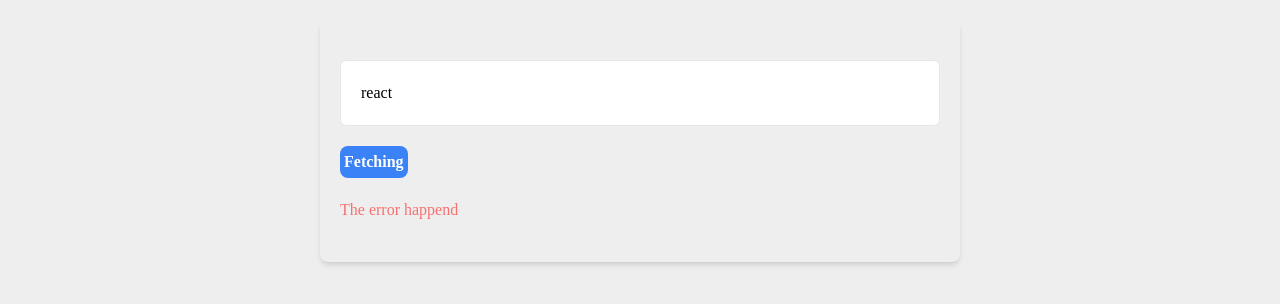
Repository: 16-Doffy/Fe-Khhoahoc
Page: /
The author's editor kept a copy of each file at every save. The page is drawn from the files as they stood at one save, then again after the next save.
The browser window is 1280 px wide. The pictures show the whole page.
The page's requests for data from a server got no answer. The project was rebuilt for these pictures with package versions that can differ from the ones it lists, and the page was loaded fresh each time. No one was signed in, and anything a server would have sent is missing. Also part of the build but not shown: src/App.css.

Above is the page before, as saved 2025-01-14 16:08:12.

### src/index.js
import React from 'react';
import ReactDOM from 'react-dom/client';
import './index.css';
import App from './App';
import reportWebVitals from './reportWebVitals';
import "./index.scss"
const root = ReactDOM.createRoot(document.getElementById('root'));
root.render(
  <React.StrictMode>
    <App />
  </React.StrictMode>
);

// If you want to start measuring performance in your app, pass a function
// to log results (for example: reportWebVitals(console.log))
// or send to an analytics endpoint. Learn more: https://bit.ly/CRA-vitals
reportWebVitals();

### src/App.js

import "./App.css";
import HackerNews from "./components/news/HackerNews";



const App = () => {
  return (

    <HackerNews></HackerNews>
  );
};

export default App;













//<CardList><Card2/>
// const theme = {
//   //wanna change color in the future come here to change
//   colors: {
//     blue: "#2979ff",
//   },
//   orange: "#ffa440",
// };
// {/* <ThemeProvider theme={theme}>
// <CardList>
// <Card2 secondary={true}></Card2>
// <Card2 secondary={false}></Card2>
// <Card2 secondary={true}></Card2>
// <Card2 secondary={false}></Card2>
// <Card2 secondary={true}></Card2>
//  </CardList>
// </ThemeProvider> */}

### src/index.scss
@tailwind base;
@tailwind components;
@tailwind utilities;

@layer base {
    @import url("https://fonts.googleapis.com/css2?family=Poppins:ital,wght@0,100;0,200;0,300;0,400;0,500;0,600;0,700;0,800;0,900;1,100;1,200;1,300;1,400;1,500;1,600;1,700;1,800;1,900&display=swap");
    body{
        font-family: "Poppins", serif;
    }
}

### src/components/news/HackerNews.js
import axios from "axios";
import React, { useState, useEffect, useRef } from "react";
// import lodash from "lodash";
// http://hn.algolia.com/api/v1/search?query=react
const HackerNews = () => {
  const [hits, setHits] = useState([]);
  const [query, setQuery] = useState("react");
  const [loading, setLoading] = useState(true);
  const [error, setError] = useState("");
  const handleFetchResponse = useRef({});
  const [url, setUrl] = useState(
    `http://hn.algolia.com/api/v1/search?query=${query}`
  );
  handleFetchResponse.curent = async () => {
    setLoading(true);
    try {
      const response = await axios.get(url);
      setHits(response.data?.hits || []);
      setLoading(false);
    } catch {
      // console.log(response);
      setLoading(false);
      setError(`The error happend ${error}`);
    }
  };
  // const handleUpdateQuery = lodash.debounce((e) => {
  //   setQuery(e.target.value);
  // }, 100);
  useEffect(() => {
    handleFetchResponse.curent();
  }, [url]);
  return (
    <div className=" mx-auto mb-5 mt-5 p-5 rounded-lg shadow-md w-2/4">
      <div lassName="flex mb-5 mt-5 gap-x-5">
        <input
          type="text"
          className="
          border border-blue-1000
          text-black p-5  mt-5 block w-full
           rounded-md focus:border-blue-400"
          placeholder="Enter your keyword..."
          defaultValue={query} //lúc này quert has data when url change, components will render
          onChange={(e) => setQuery(e.target.value)}
        />
        <button
          onClick={() =>
            setUrl(`http://hn.algolia.com/api/v1/search?query=${query}`)
          }
          className="bg-blue-500 text-white font-semibold mt-5 p-1 flex-shrink-0 rounded-lg"
        >
          Fetching
        </button>
      </div>
      {loading && (
        <div
          className=" loading w-8 h-8  rounded-full  border-blue-300 border-4
    border-r-4 border-r-transparent animate-spin mx-auto"
        ></div>
      )}
      {!loading && error && <p className="text-red-400 my-5">{error}</p>}
      <div className="flex flex-wrap gap-5">
        {!loading &&
          hits.length > 0 &&
          hits.map((item, index) => {
            if (!item.title || item.title.length <= 0) return null;
            return (
            <h3
              className=" p-3 bg-gray-300 rounded-sm"
              key={item.title}
            >
              {item.title}
            </h3>
          )})}
      </div>
    </div>
  );
};

export default HackerNews;

### tailwind.config.js
/** @type {import('tailwindcss').Config} */
module.exports = {
  mode: "jit",
  content: ["./src/**/*.{html,js}"],
  theme: {
    extend: {
      backgroundImage: {
        'radiant': `linear-gradient(0.25turn, #3f87a6, #ebf8e1, #f69d3c)`,
        'footer-texture': "url('/img/footer-texture.png')", // Sửa ở đây
        'secondary-radiant': `linear-gradient(#e66465, #9198e5)`,
      },
    },
  },
  plugins: [],
}

Loaded but not shown: public/index.html (common file); src/index.css (common file); src/reportWebVitals.js (common file)

After the next save:
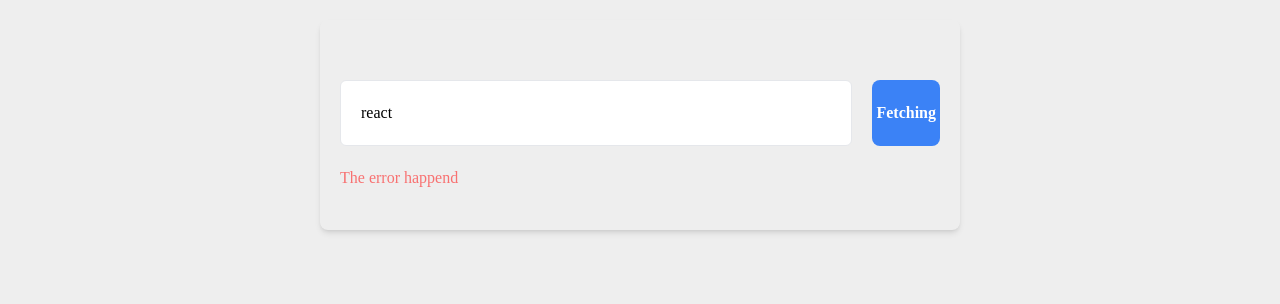
Saved 1 s later.
--- a/src/components/news/HackerNews.js
+++ b/src/components/news/HackerNews.js
@@ -31,7 +31,7 @@ const HackerNews = () => {
   }, [url]);
   return (
     <div className=" mx-auto mb-5 mt-5 p-5 rounded-lg shadow-md w-2/4">
-      <div lassName="flex mb-5 mt-5 gap-x-5">
+      <div className="flex mb-5 mt-5 gap-x-5">
         <input
           type="text"
           className="
